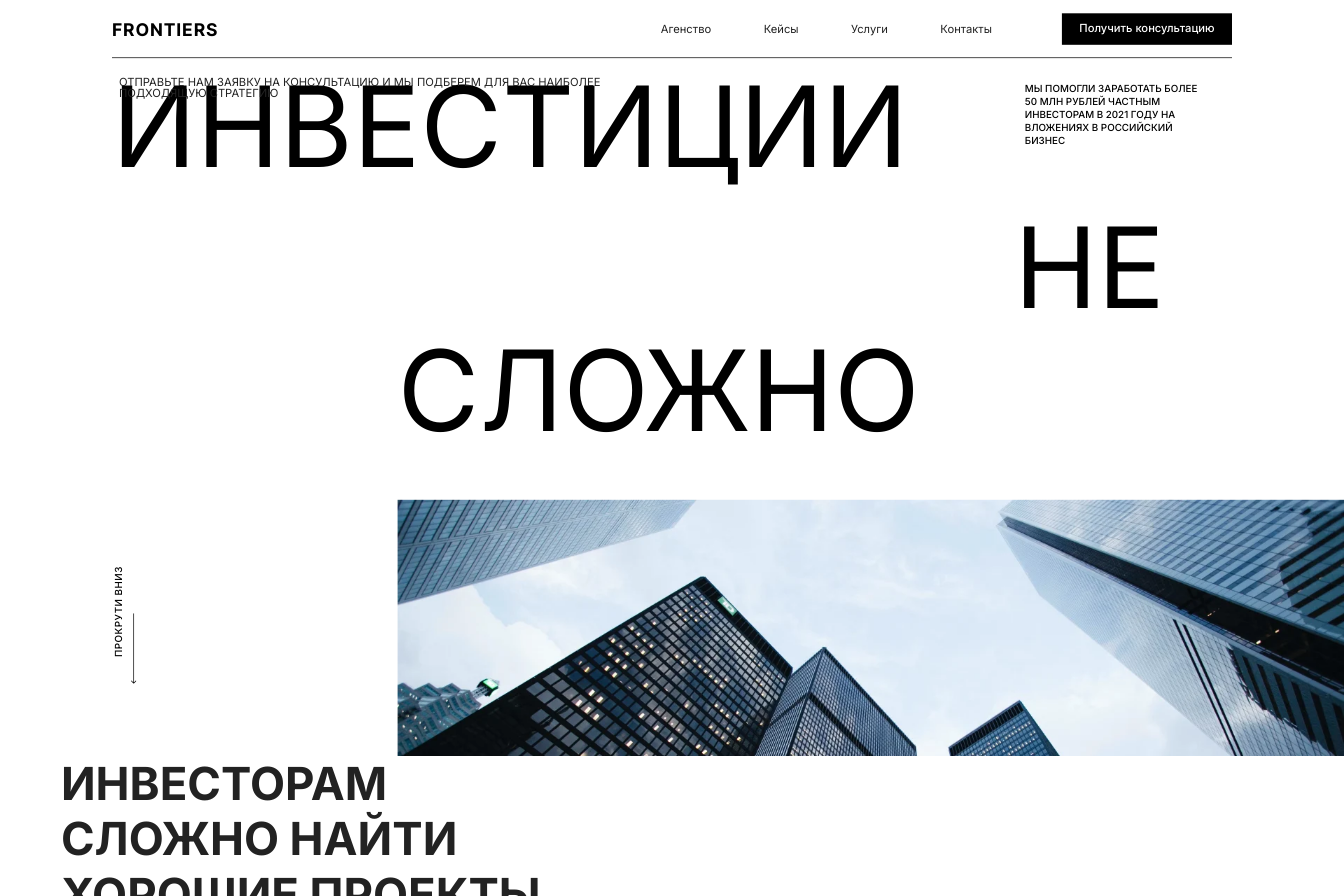
Repository: NadyaKorvin/frontiers
Page: /
These files come from the project's save history. The page is drawn as it stood at one moment and after the next save; the edit follows.
The browser window is 1280 px wide. The page is 1920 px wide, so the pictures cover 1920 px, including what lies to the right of the window. The pictures show the part of the page from y = 0 to 1280 px (the page is 2634 px tall), at 70% of full size.
The project was rebuilt for these pictures with package versions that can differ from the ones it lists, and the page was loaded fresh each time.

Above is the page before, as saved 2022-05-23 13:06:35.

After the next save:
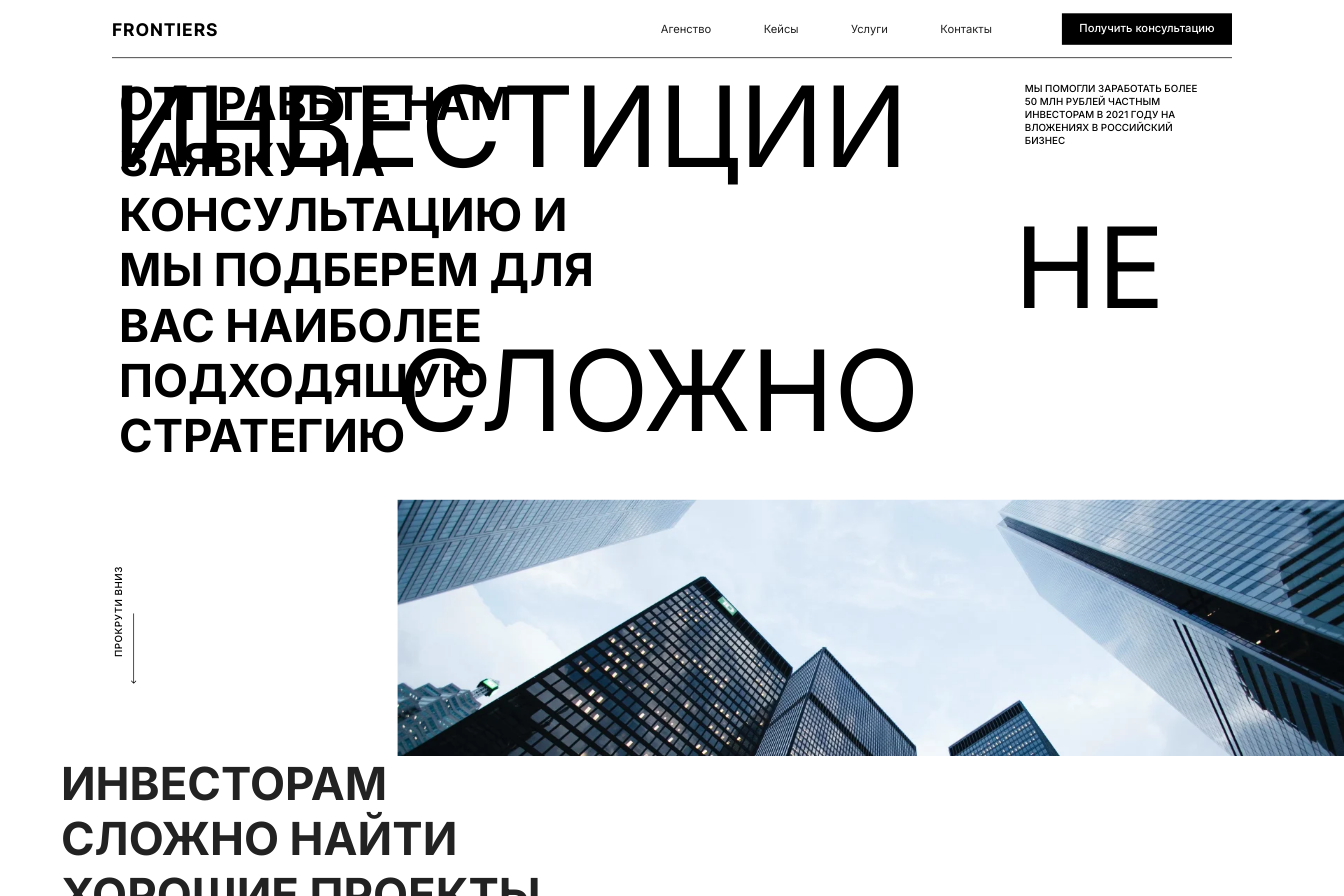
Saved 15 s later.
--- a/src/components/lastScreen/LastScreen.module.css
+++ b/src/components/lastScreen/LastScreen.module.css
@@ -1,14 +1,21 @@
 .last__screen {
-    width: 1920px;
-    height: 1080px;
-    border-top: 1px solid black;
+  width: 1920px;
+  height: 1080px;
+  border-top: 1px solid black;
 }
 
 .left__content {
-    position: absolute;
-    width: 775px;
-    height: 553px;
-    top: 109px;
-    left: 170px;
+  position: absolute;
+  width: 775px;
+  height: 553px;
+  top: 109px;
+  left: 170px;
+  font-family: "Inter";
+  font-style: normal;
+  font-weight: 700;
+  font-size: 65px;
+  line-height: 79px;
+  text-transform: uppercase;
 
+  color: #000000;
 }
